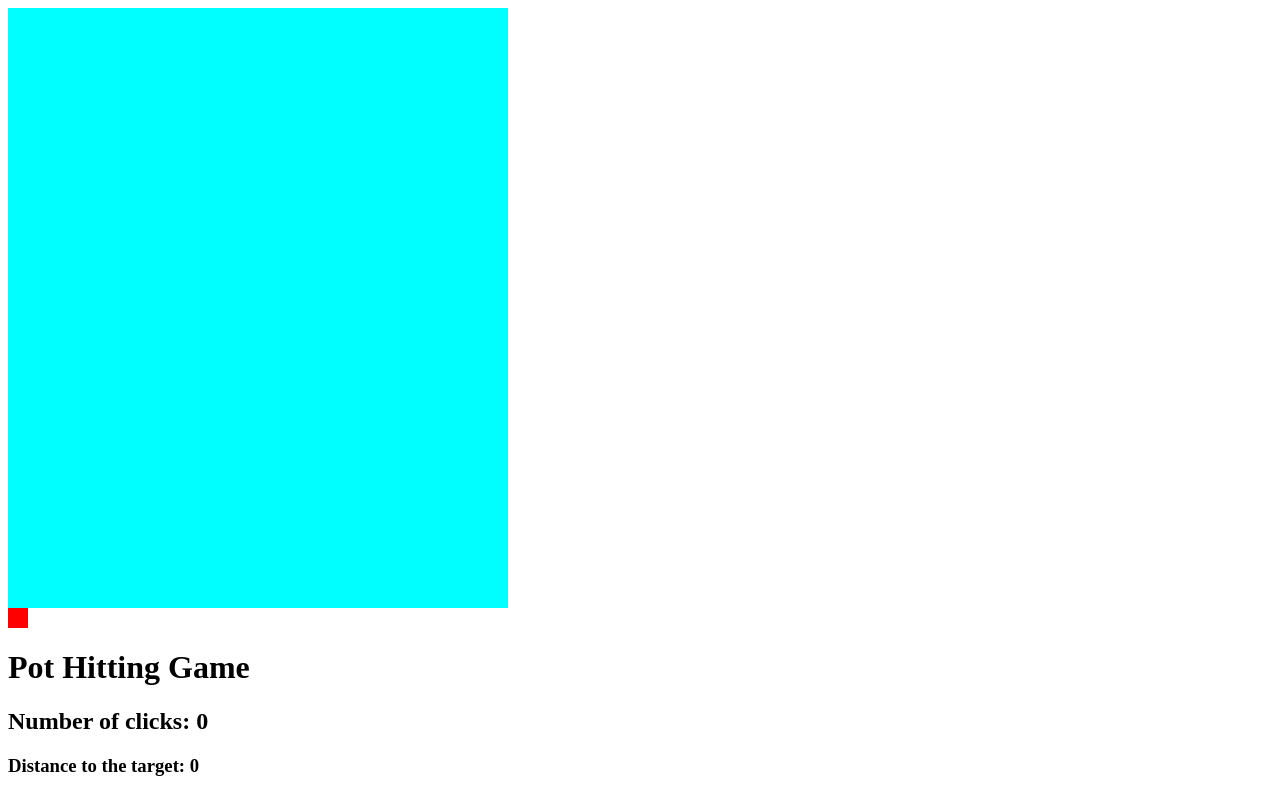
Repository: manojsatya/Web_development
Page: PotHitting_game/index.html
An editor plug-in stored every save of this project. The page is shown before and after the next save, followed by the edit.
The browser window is 1280 px wide. The pictures show the whole page.

Above is the page before, as saved 2019-06-03 12:12:43.

### PotHitting_game/index.html
<!DOCTYPE html>
<html lang="en">
<head>
    <meta charset="UTF-8">
    <meta name="viewport" content="width=device-width, initial-scale=1.0">
    <meta http-equiv="X-UA-Compatible" content="ie=edge">
    <title>Pot Hitting Game</title>

    <link rel="stylesheet" href="potplay.css">
</head>
<body>


    <div onclick="showCoords(event)" class="playarea">  </div>
    <div class="target"></div>

    <h1 class="head">Pot Hitting Game</h1>
    <h2> Number of clicks: <span id="clicks">0</span></h2>
    <h3>Distance to the target: <span>0</span></h3>

    <!-- <h2 onclick="showCoords(event)">Click this heading to get the x (horizontal) and y (vertical) coordinates of the mouse pointer when it was clicked.</h2>

    <p><strong>Tip:</strong> Try to click different places in the heading.</p>
 -->
    <p id="demo"></p>

    <script src="potplay.js"></script>


</body>
</html>

### PotHitting_game/potplay.css
.playarea{
    /* position: absolute; */
    width: 500px;
    height: 600px;
    background-color: aqua;
    text-align: center;
    /* margin: 0 auto;*/
}


/* .head{
    text-align: center;
} */

.target{
    /* position: relative; */
    width: 20px;
    height: 20px;
    background-color:red;
    /* top: 300px;
    left: 250px; */

}

### PotHitting_game/potplay.js
var playarea = document.querySelector(".playarea");
var targetarea = document.querySelector(".target");
var clicktext = document.getElementById("clicks");
var x;
var y;


var clickCount = 0;

playarea.addEventListener("click", function(){
    clickCount++ ;
    clicktext.textContent = clickCount;
    /* var coor = "X coords: " + x + ", Y coords: " + y;
    console.log(coor); */
});

targetarea.addEventListener("click", function(){
    alert("Clicked the target area");
});

function showCoords(event) {
    x = event.clientX;
    y = event.clientY;
    var coords = "X coords: " + x + ", Y coords: " + y;

    console.log(coords);

    //document.getElementById("demo").innerHTML = coords;
  }

After the next save:
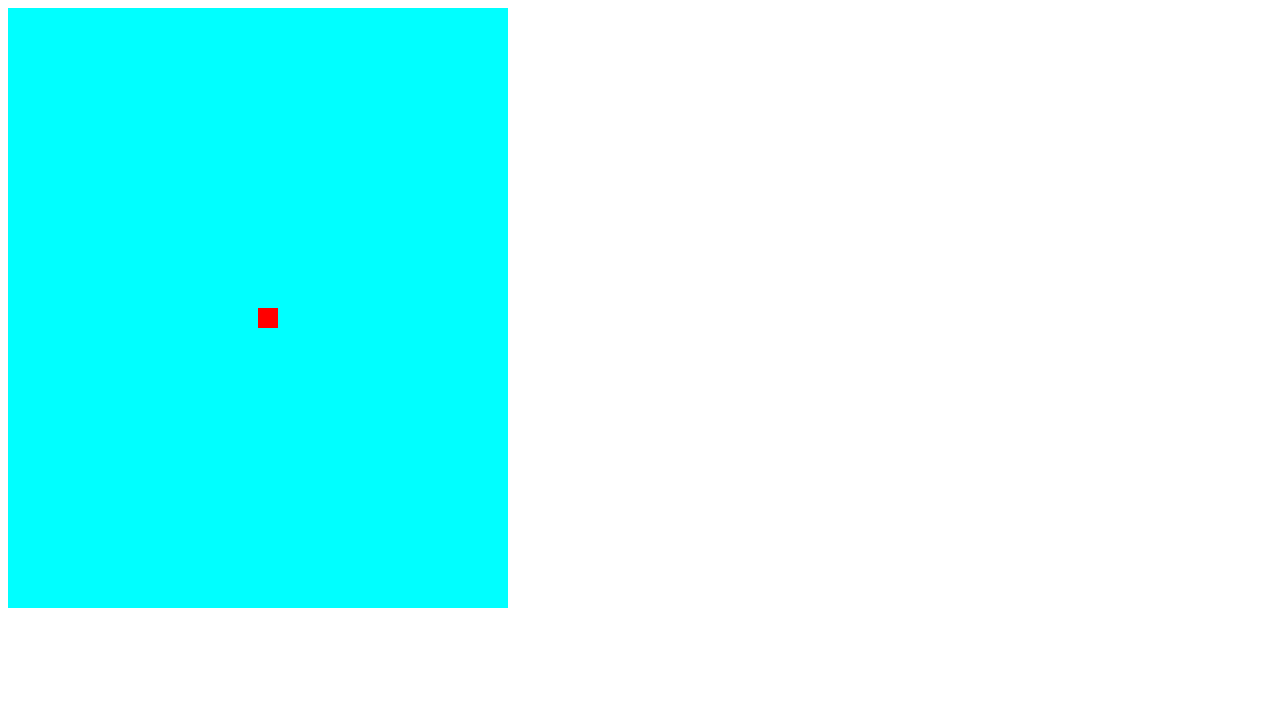
Saved 2 min 11 s later.
--- a/PotHitting_game/potplay.css
+++ b/PotHitting_game/potplay.css
@@ -1,10 +1,10 @@
 .playarea{
-    /* position: absolute; */
+    position: absolute;
     width: 500px;
     height: 600px;
     background-color: aqua;
     text-align: center;
-    /* margin: 0 auto;*/
+    margin: 0 auto;
 }
 
 
@@ -13,11 +13,11 @@
 } */
 
 .target{
-    /* position: relative; */
+    position: relative;
     width: 20px;
     height: 20px;
     background-color:red;
-    /* top: 300px;
-    left: 250px; */
+    top: 300px;
+    left: 250px;
 
 }
